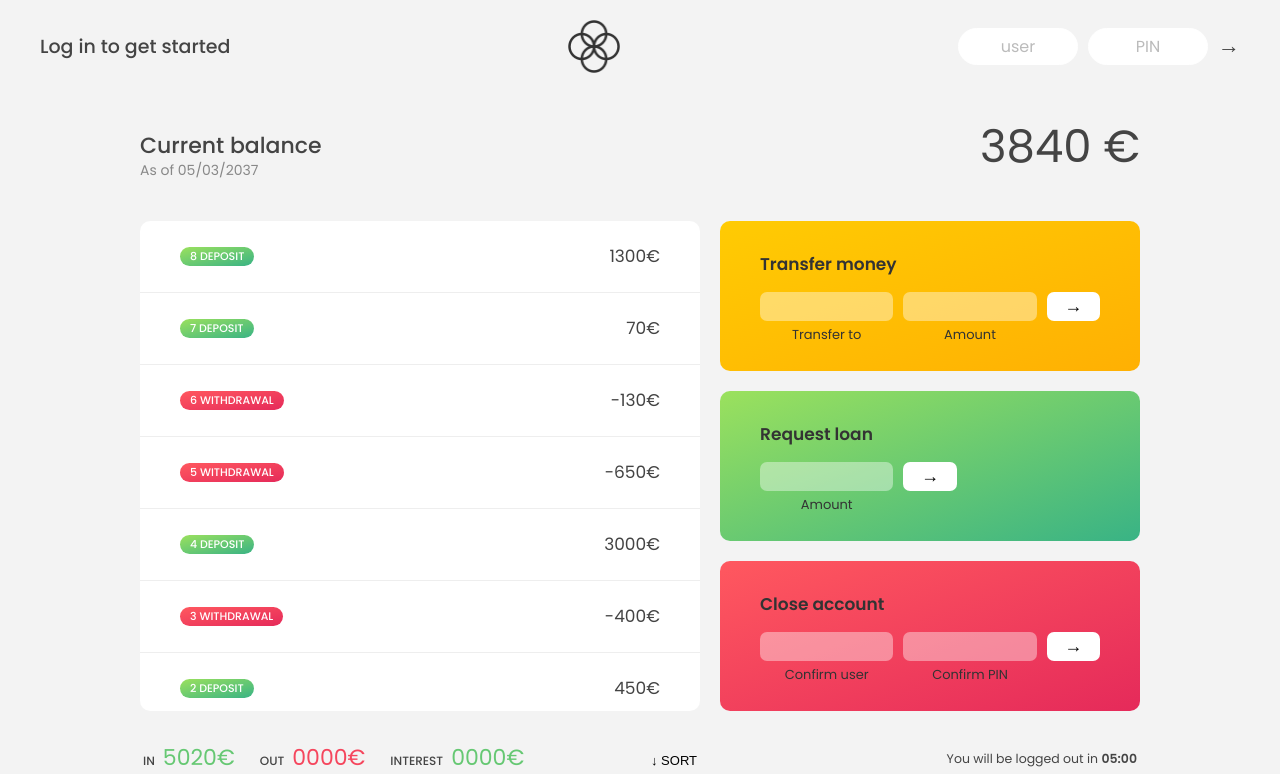
Repository: otvertka/jsc_11
Page: index.html
These files come from the project's save history. The page is drawn as it stood at one moment and after the next save; the edit follows.
The browser window is 1280 px wide. The pictures show the whole page.
An inner scrolling area shows only its first screen.

Above is the page before, as saved 2023-02-03 14:20:55.

After the next save:
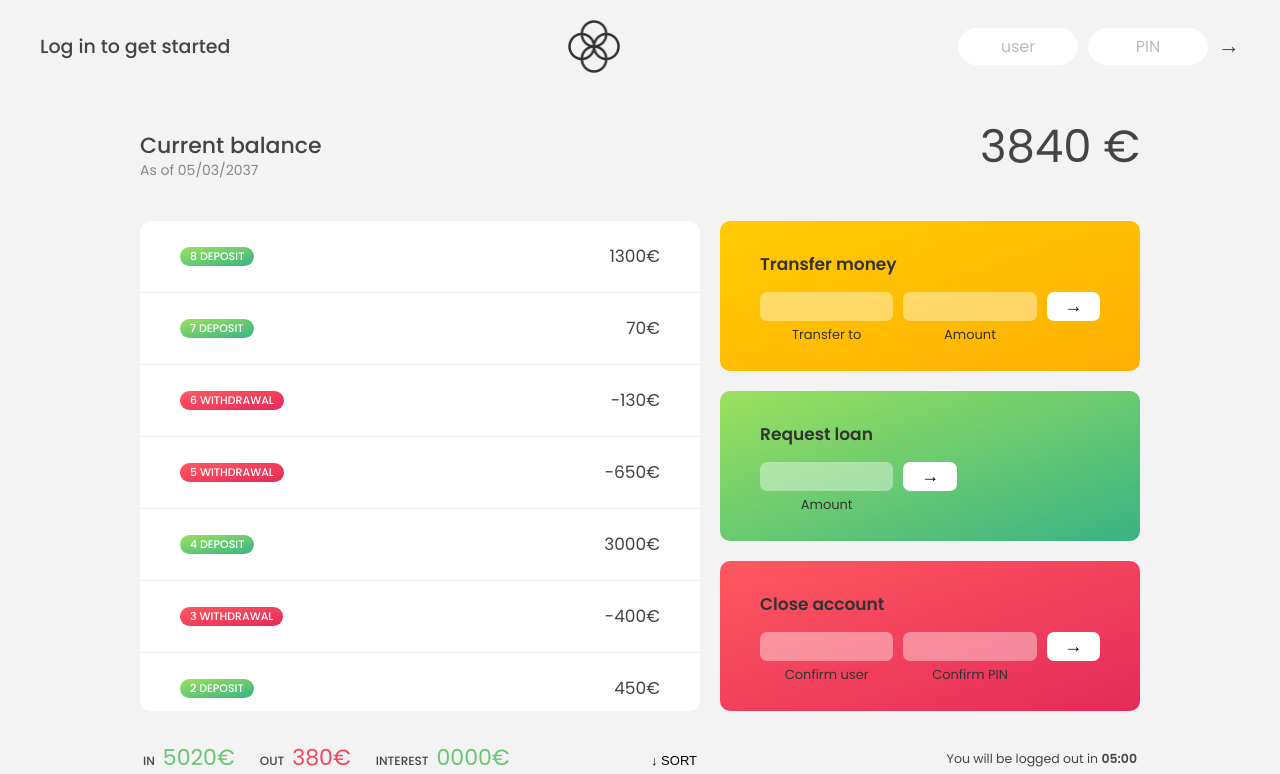
Saved 4 min 30 s later.
--- a/script.js
+++ b/script.js
@@ -216,6 +216,11 @@ const calcDisplaySummary = function (movements) {
     .filter(mov => mov > 0)
     .reduce((acc, mov) => acc + mov, 0);
   labelSumIn.textContent = `${incomes}€`;
+
+  const out = movements
+    .filter(mov => mov < 0)
+    .reduce((acc, mov) => acc + Math.abs(mov));
+  labelSumOut.textContent = `${out}€`;
 };
 calcDisplaySummary(account1.movements);
 
